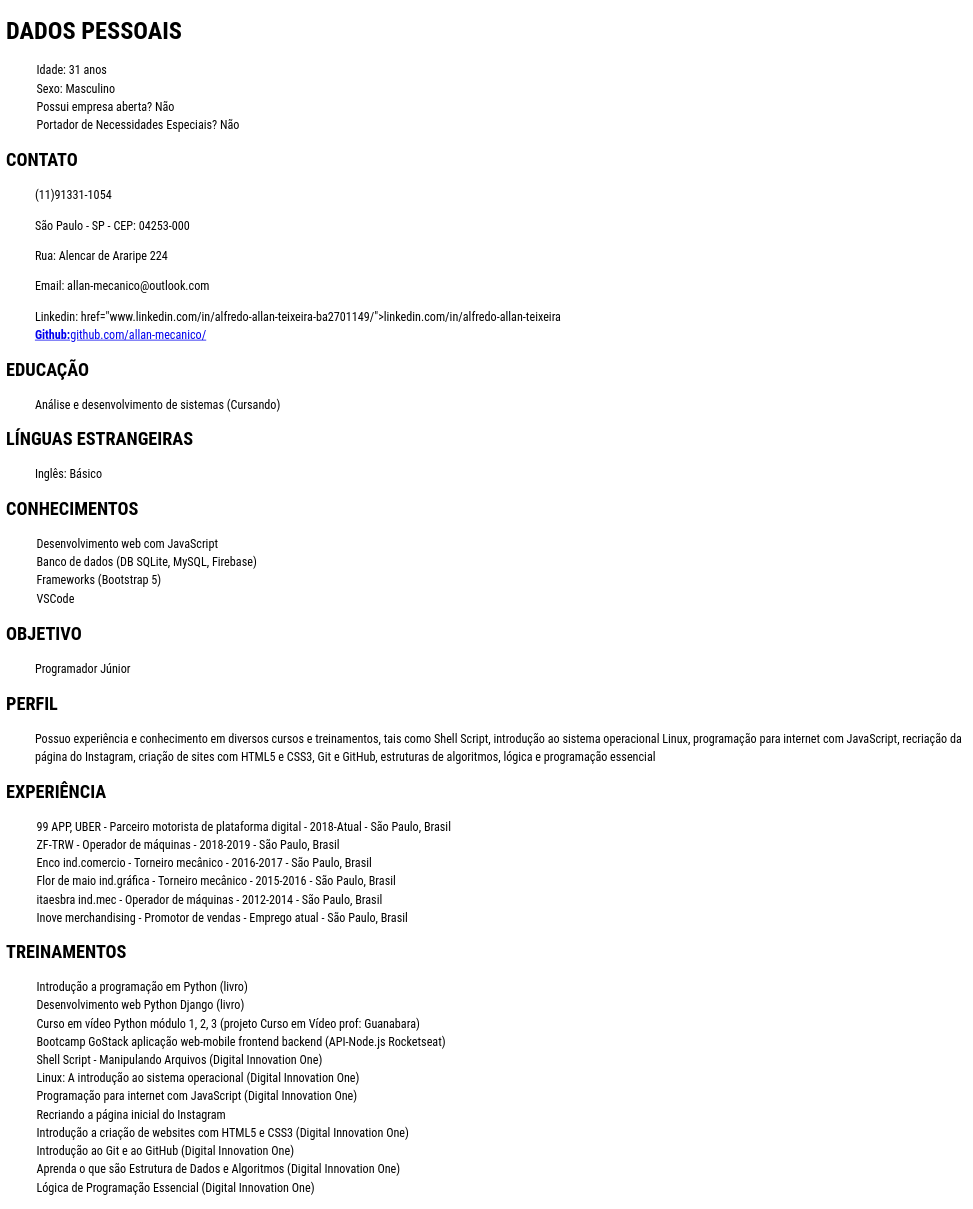
Repository: alfredo-allan/Portfolio
Page: curriculo.html
An editor plug-in stored every save of this project. The page is shown before and after the next save, followed by the edit.
The browser window is 1280 px wide. The pictures show the whole page, at 76% of full size.

Above is the page before, as saved 2024-03-20 15:11:36.

After the next save:
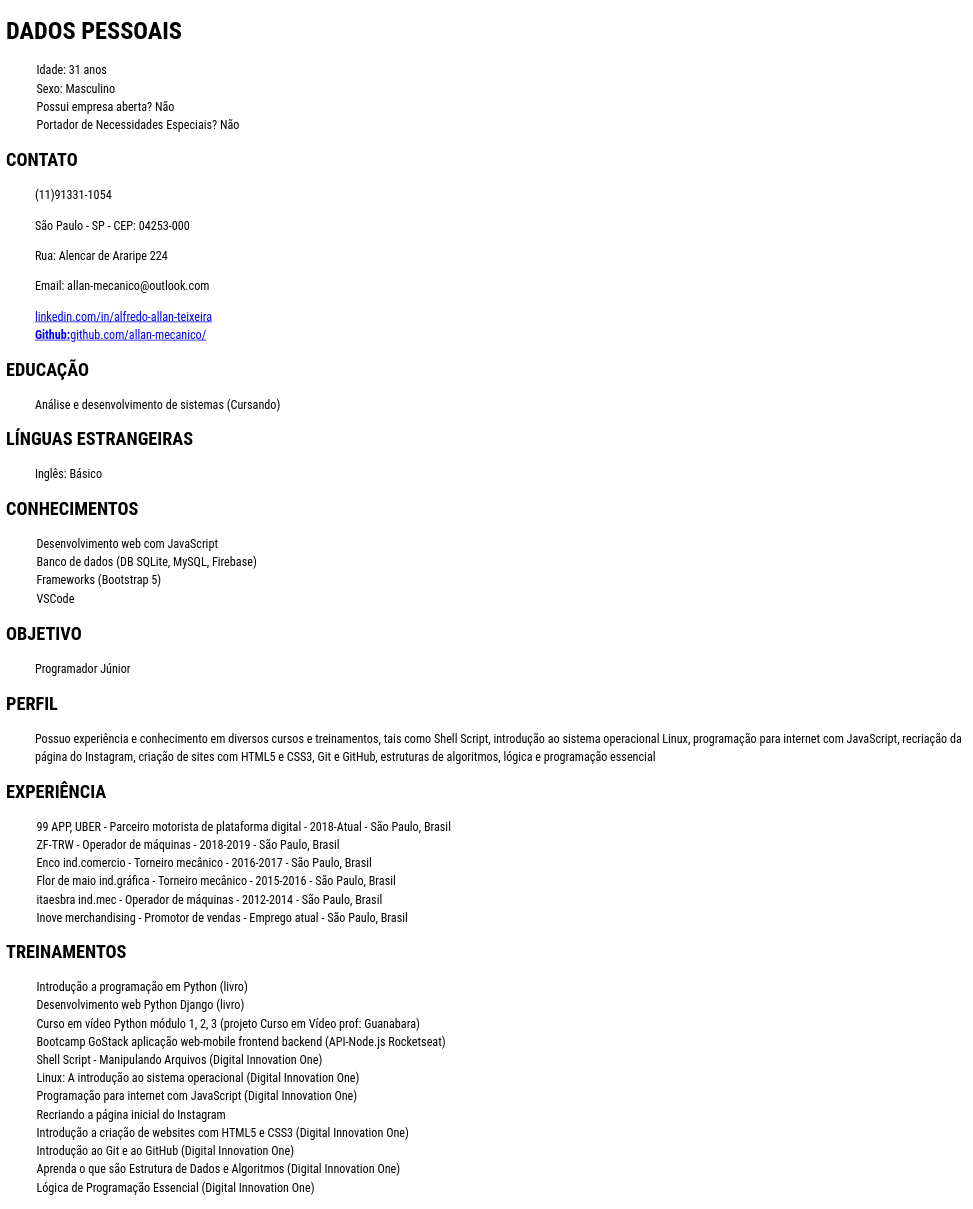
Saved 4 s later.
--- a/curriculo.html
+++ b/curriculo.html
@@ -25,7 +25,7 @@
 	<p>Rua: Alencar de Araripe 224</p>
 	<p>Email: allan-mecanico@outlook.com</p>
 
-	<a <strong>Linkedin:</strong> href="www.linkedin.com/in/alfredo-allan-teixeira-ba2701149/">linkedin.com/in/alfredo-allan-teixeira</a>
+	<a href="www.linkedin.com/in/alfredo-allan-teixeira-ba2701149/">linkedin.com/in/alfredo-allan-teixeira</a>
 	<br>
 	<a href="https://github.com/allan-mecanico/"><strong>Github:</strong>github.com/allan-mecanico/</a>
 
